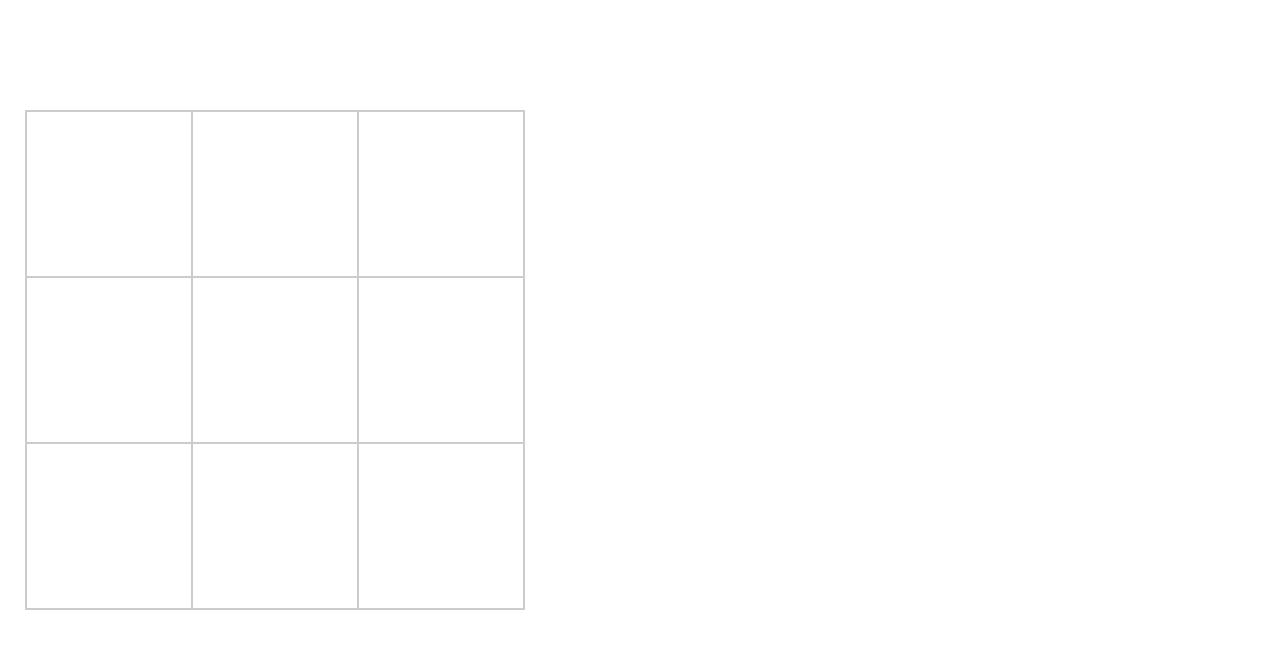
Repository: Nqvinh7603/TIC-TAC-TOE
Page: /
The author's editor kept a copy of each file at every save. The page is drawn from the files as they stood at one save, then again after the next save.
The browser window is 1280 px wide. The pictures show the whole page.
The project was rebuilt for these pictures with package versions that can differ from the ones it lists, and the page was loaded fresh each time. Also part of the build but not shown: vite.config.js.

Above is the page before, as saved 2024-01-01 15:13:39.

After the next save:
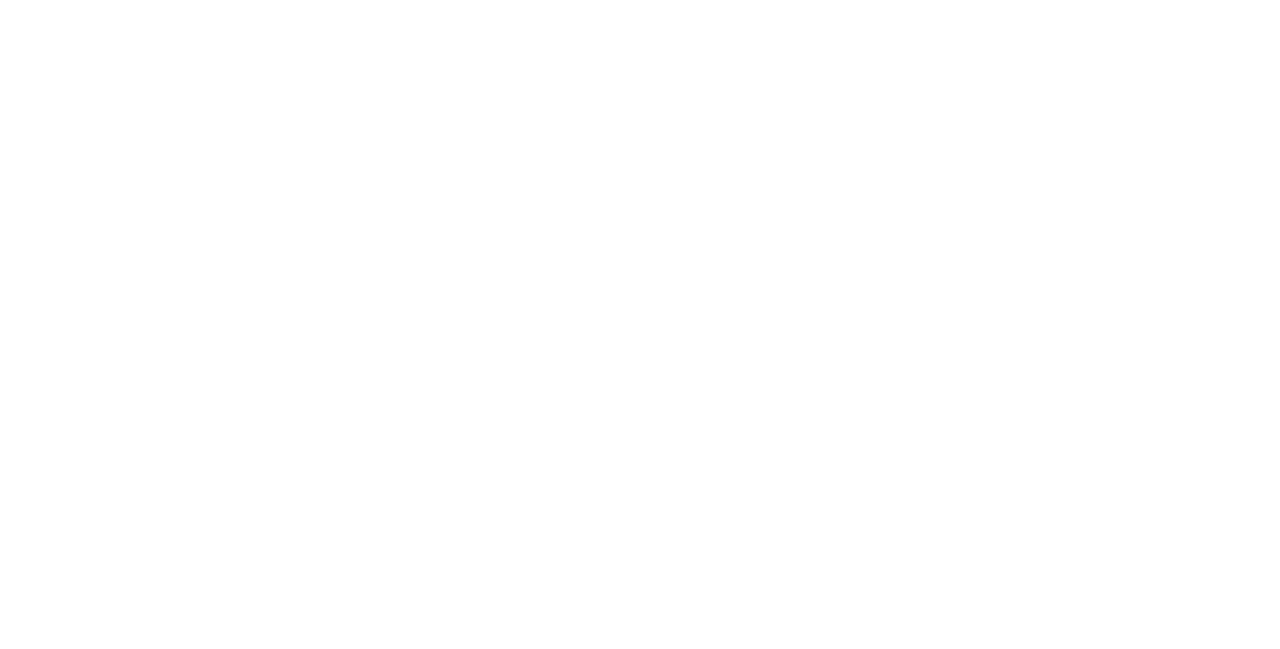
Console error: ReferenceError: item is not defined
Saved 9 s later.
--- a/src/Board.jsx
+++ b/src/Board.jsx
@@ -3,7 +3,9 @@
 const Board = () => {
   return (
     <div className="game-board">
-      {Array(9).fill().map}
+      {Array(9)
+        .fill()
+        .map((item, index))}
       <Cell></Cell>
       <Cell></Cell>
       <Cell></Cell>

After the 2 saves that followed:
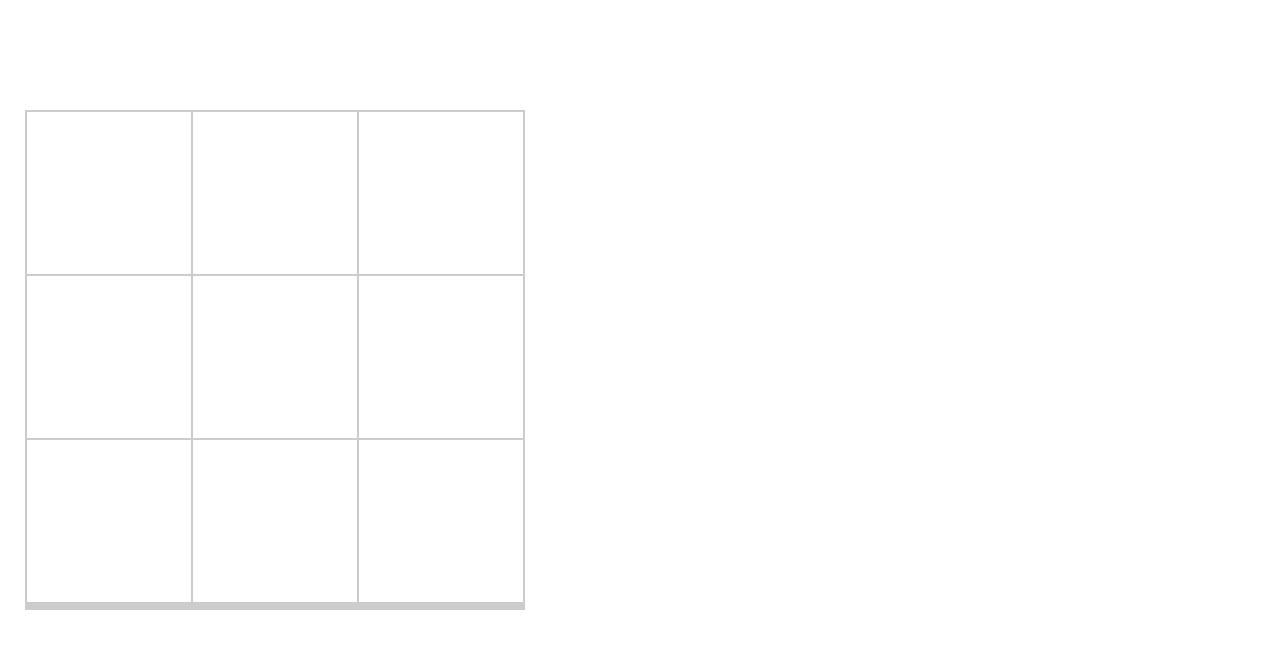
The error is gone.
The 2 saves are shown as one change because 1 did not build or start.
The last was saved 21 s later.
--- a/src/Board.jsx
+++ b/src/Board.jsx
@@ -5,7 +5,9 @@
     <div className="game-board">
       {Array(9)
         .fill()
-        .map((item, index))}
+        .map((item, index) => (
+          <Cell></Cell>
+        ))}
       <Cell></Cell>
       <Cell></Cell>
       <Cell></Cell>
